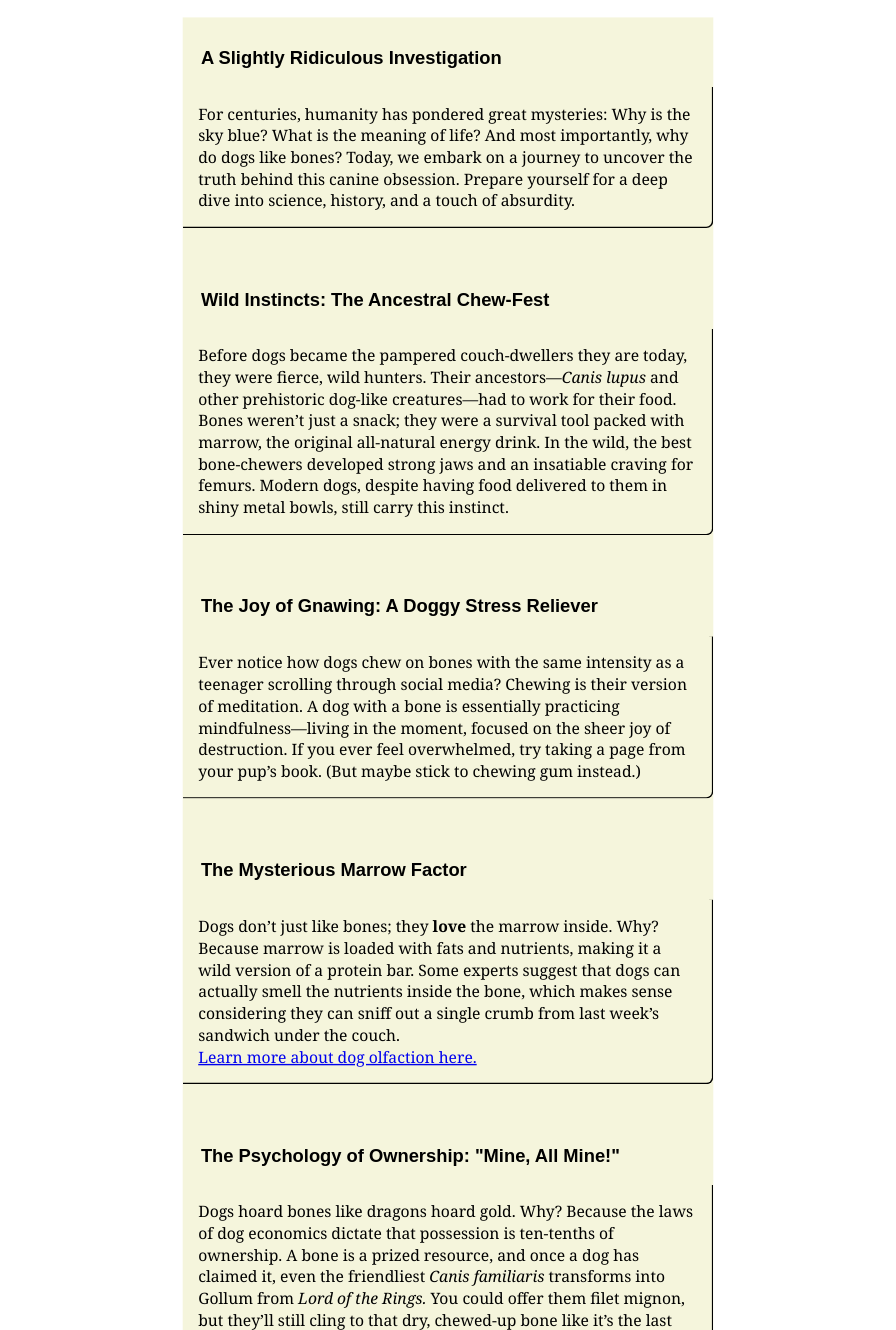
Repository: Leith-vdl/apprentice-challenge-1
Page: index.html
The author's editor kept a copy of each file at every save. The page is drawn from the files as they stood at one save, then again after the next save.
The browser window is 1280 px wide. The pictures show the part of the page from y = 97 to 1997 px (the page is 2936 px tall before and 2623 px after), at 70% of full size.
A picture or video elsewhere on the page could not be fetched, so the positions and the page height are approximate. Some web fonts or font styles are not loaded; a fallback is used.

Above is the page before, as saved 2025-02-06 09:18:53.

After the next save:
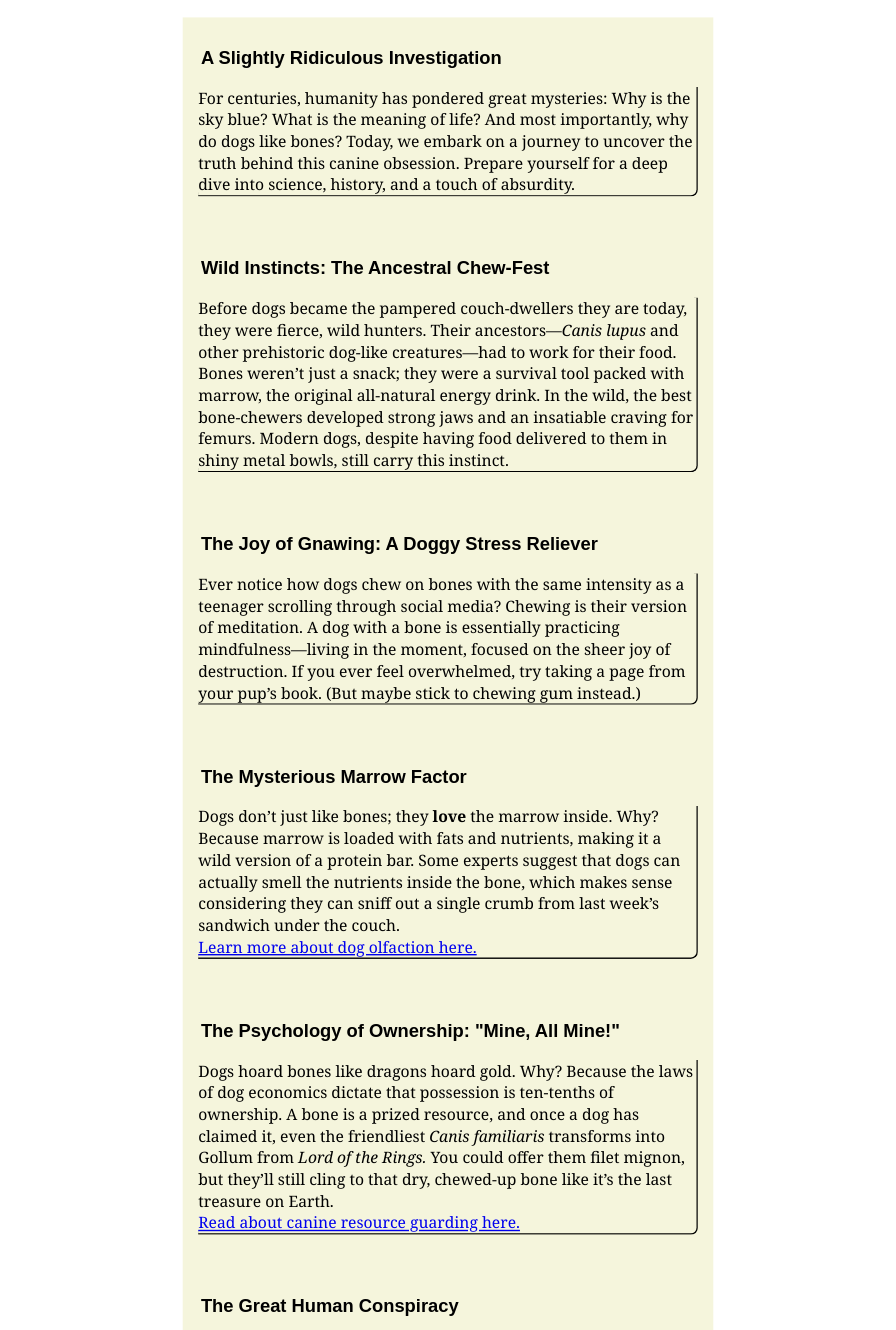
Saved 14 s later.
--- a/styles/styles.css
+++ b/styles/styles.css
@@ -40,7 +40,7 @@ p.section-main-text, p.section-main-text1 {
 }
 
 p.section-main-text {
-    padding: 1em;
+    margin: 1em;
     border-right: 2px solid black;
     border-radius: 0 0 10px 0;
 }
